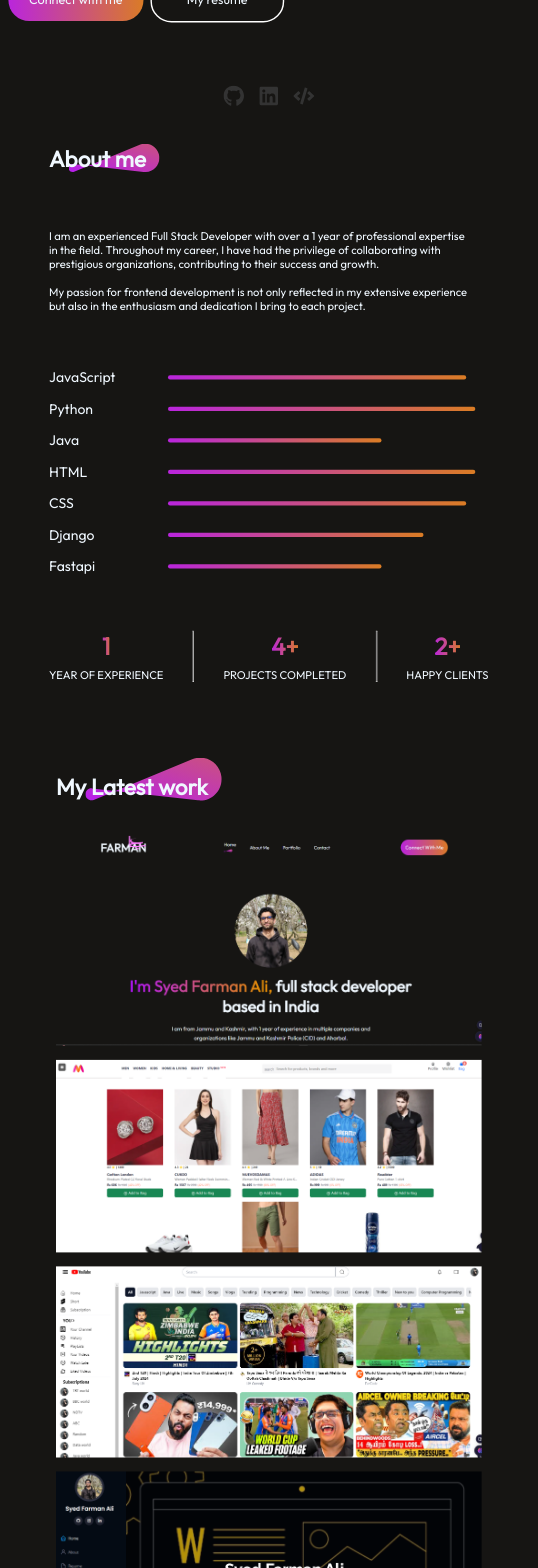
Repository: FARMAN9/portfolio_React
Page: /
These files come from the project's save history. The page is drawn as it stood at one moment and after a run of saves; the edit follows.
The browser window is 768 px wide. The pictures show the part of the page from y = 733 to 2973 px (the page is 5985 px tall before and 5825 px after), at 70% of full size.
The project was rebuilt for these pictures with package versions that can differ from the ones it lists, and the page was loaded fresh each time. Also part of the build but not shown: vite.config.js.

Above is the page before, as saved 2024-10-16 21:36:36.

### index.html
<!doctype html>
<html lang="en">
  <head>
    <meta charset="UTF-8" />
    <link rel="icon" type="image/svg+xml" href="/bac.svg" />
    <meta name="viewport" content="width=device-width, initial-scale=1.0" />
    <title>Portfoilo</title>
    <link rel="preconnect" href="https://fonts.googleapis.com">
<link rel="preconnect" href="https://fonts.gstatic.com" crossorigin>
<link href="https://fonts.googleapis.com/css2?family=Outfit&display=swap" rel="stylesheet">


  </head>
  <body>
    <div id="root"></div>

    <script type="module" src="/src/main.jsx"></script>
  </body>
</html>

### src/App.jsx

import NavBar from './Components/Navbar/NavBar'
import Hero from './Components/Hero/Hero'
import About from './Components/About/About'
import MyWork from './Components/MyWork/MyWork'
import Contact from './Components/Contact/Contact'
import Footer from './Components/Footer/Footer'
import React from 'react';

function App() {


  return (
  <>
  <NavBar/>
  <Hero/>
  <About/>
  <MyWork/>
  <Contact/>
  <Footer/>
  </>
  )
}

export default App

### src/index.css

*{
  margin: 0;
  padding: 0;

}
body{
  height: 100vh;
  background: #161513;
  color: aliceblue;
  font-family: outfit;
}

### src/Components/Navbar/NavBar.jsx
import React, { useRef, useState,useEffect } from 'react';
import './Navbar.css';
import ali from '../../assets/ali.png'
import backgound from '../../assets/nav_underline.svg'
import AnchorLink from 'react-anchor-link-smooth-scroll'
import menu_open from '../../assets/menu_open.svg'
import menu_close from '../../assets/menu_close.svg'



function NavBar() {



  const [menu,setMenu]=useState('home')
  const menuRef =useRef();
  const openMenu=()=>{
    menuRef.current.style.right='0'
  }
  const closeMenu=()=>{
    menuRef.current.style.right='-350px'
  }
  return (
    <nav className='navbar'>
      <div className='logo'>
      <AnchorLink className='anchor-link' href='#home'>
      <h1>FARMAN</h1>
      <img src={ali} alt="" />
      </AnchorLink>
      </div>
      <img src={menu_open}  onClick={openMenu} alt="" className='nav-mob-open' />

            <ul ref={menuRef} className='nav-menu'>
            <img src={menu_close} alt="" className='nav-mob-close' onClick={closeMenu}/>
             <li> <AnchorLink className='anchor-link' href='#home'><p onClick={()=>setMenu('home')}>Home</p> </AnchorLink>{menu ==='home' ? <img src ={backgound} alt=''/>:<></> }</li>
             <li><AnchorLink className='anchor-link' offset={50} href='#about'><p onClick={()=>setMenu('about')}>About Me</p></AnchorLink>{menu ==='about' ? <img src ={backgound} alt=''/>:<></> }</li>
             <li><AnchorLink className='anchor-link' offset={50} href='#work'><p onClick={()=>setMenu('work')}>Portfolio</p></AnchorLink>{menu ==='work' ? <img src ={backgound} alt=''/>:<></> }</li>
             <li><AnchorLink className='anchor-link' offset={50} href='#contact'><p onClick={()=>setMenu('contact')}>Contact</p></AnchorLink>{menu ==='contact' ? <img src ={backgound} alt=''/>:<></> }</li>
            </ul>
            <div className="nav-connect"><AnchorLink className='anchor-link' offset={50} href='#contact'>Connect With Me</AnchorLink></div>

    </nav>
  )
}

export default NavBar

### src/Components/Hero/Hero.jsx
import "./Hero.css";
import profile from "../../assets/profile.jpg";
import AnchorLink from "react-anchor-link-smooth-scroll";
import { FaGithub, FaLinkedin, FaCode } from "react-icons/fa";
import React, { useRef, useEffect } from "react";
import gsap from "gsap";
import { ScrollTrigger } from "gsap/ScrollTrigger";

// Register ScrollTrigger plugin
gsap.registerPlugin(ScrollTrigger);

function Hero() {
  return (
    <div id="home" className="hero">
      <img
        // Reference for the image
        src={profile}
        alt="profile"
      />

      <h1>
        <span className="myname">I'm Syed Farman Ali,</span> full stack
        developer based in India
      </h1>
      <p>
        I am from Jammu and Kashmir, with 1 year of experience in multiple
        companies and organizations like Jammu and Kashmir Police (CID) and
        Aharbal.
      </p>
      <div className="hero-action">
        <div className="hero-connect">
          <AnchorLink className="anchor-link" offset={50} href="#contact">
            Connect with me
          </AnchorLink>
        </div>
        <a
          className="hero-resume"
          href="https://rxresu.me/farman9/python-django-developer">
          My resume
        </a>
      </div>
      <div className="hero-socials">
        <a
          href="https://github.com/farman9"
          target="_blank"
          rel="noopener noreferrer">
          <FaGithub size={30} />
        </a>
        <a
          href="https://www.linkedin.com/in/farman9"
          target="_blank"
          rel="noopener noreferrer">
          <FaLinkedin size={30} />
        </a>
        <a
          href="https://leetcode.com/u/saeedfarman9/"
          target="_blank"
          rel="noopener noreferrer">
          <FaCode size={30} />
        </a>
      </div>
    </div>
  );
}

export default Hero;

### src/Components/About/About.jsx
import React from 'react'
import'./About.css'
import bac from '../../assets/bac.svg'
import profile from '../../assets/profile.jpg'


function About() {
  const skills = [
    { name: 'JavaScript', value: 70 },
    { name: 'Python', value: 80 },
    { name: 'Java', value: 50 },
    { name: 'HTML', value: 75 },
    { name: 'CSS', value: 70 },
    { name: 'Django', value: 60 },
    { name: 'Fastapi', value: 50 },

  ];

  return (
    <div id='about' className='about'>
        <div className="about-title">
            <h1>About me</h1>
            <img src={bac} alt="" />
        </div>
        <div className="about-sections">
        <div className="about-left">
        <img src={profile} alt="" />
       </div>
       <div className="about-right">
       <div className="about-para">
        <p>I am an experienced Full Stack Developer with over a 1 year of professional expertise in the field. Throughout my career, I have had the privilege of collaborating with prestigious organizations, contributing to their success and growth.</p>
        <p>My passion for frontend development is not only reflected in my extensive experience but also in the enthusiasm and dedication I bring to each project.</p>
       </div>
       <div className="about-skills">
        {
            skills.map((skill)=><div className="about-skill" key={skill.name}><p>{skill.name}</p><hr style={{width:`${skill.value}%`}} /></div>)
        }

      </div>
        </div>
        </div>
        <div className="about-achievements">
<div className="about-achievement">
<h1>1</h1>
<p>YEAR OF EXPERIENCE</p>
</div>
<hr />
<div className="about-achievement">
<h1>4+</h1>
<p>PROJECTS COMPLETED</p>
</div>
<hr />
<div className="about-achievement">
<h1>2+</h1>
<p>HAPPY CLIENTS</p>
</div>
</div>
    </div>
  )
}

export default About

### src/Components/MyWork/MyWork.jsx
import React, { useImperativeHandle } from "react";
import "./MyWork.css";
import bac from "../../assets/bac.svg";
import soon from "../../assets/coming_soon.gif";
import port_react from "../../assets/projects/portfilo_react.png";
import myntra from "../../assets/projects/mytra.png";
import youtube from "../../assets/projects/yt.png";
import djano_port from "../../assets/projects/django_port.png";
import dpt from "../../assets/projects/dpt.png";
import nws from "../../assets/projects/news.png";

function MyWork() {
  const mywork_data = [
    {
      w_no: 1,
      w_name: "portfolio_React",
      w_img: port_react,
      link: "https://github.com/FARMAN9/portfolio_React",
    },
    {
      w_no: 2,
      w_name: "mytra",
      w_img: myntra,
      link: "https://github.com/FARMAN9/myntra-clone-",
    },
    {
      w_no: 3,
      w_name: "youtube",
      w_img: youtube,
      link: "https://github.com/FARMAN9/youtube-clone",
    },
    {
      w_no: 4,
      w_name: "portfoilo_django",
      w_img: djano_port,
      link: "https://github.com/FARMAN9/portfoilo_django",
    },
    {
      w_no: 5,
      w_name: "DPS",
      w_img: dpt,
      link: "https://github.com/FARMAN9/Diabetes-prediction",
    },
    {
      w_no: 6,
      w_name: "oldNews_paper ",
      w_img: nws,
      link: "https://oldnews-paper.vercel.app/",
    },
    {
      w_no: 7,
      w_name: "soon",
      w_img: soon,
      link: "",
    },
  ];
  return (
    <div id="work" className="mywork">
      <div className="mywork-title">
        <h1>My Latest work</h1>
        <img src={bac} alt="" />
      </div>

      <div className="mywork-container">
        {mywork_data.map((data, index) => {
          return (
            <div key={index}>
              <a href={data.link}>
                <img src={data.w_img} alt="" />
              </a>
            </div>
          );
        })}
      </div>
    </div>
  );
}

export default MyWork;

### src/Components/Contact/Contact.jsx
import React from 'react'
import './Contact.css'
import bac from '../../assets/bac.svg'
import call from '../../assets/call.svg'
import mail from '../../assets/mail.svg'
import loc from '../../assets/loc.svg'

const mykey = "fc7158de-ce59-41ff-9c1e-672e25c721db"

function Contact() {
  const [result, setResult] = React.useState("");
  const [alertVisible, setAlertVisible] = React.useState(false);

  const onSubmit = async (event) => {
    event.preventDefault();
    setResult("Sending....");
    const formData = new FormData(event.target);

    formData.append("access_key", mykey);

    const response = await fetch("https://api.web3forms.com/submit", {
      method: "POST",
      body: formData
    });

    const data = await response.json();

    if (data.success) {
      setResult("Email Send Successfully \n Thanks😇");
      setAlertVisible(true);
      event.target.reset();
    } else {
      console.log("Error", data);
      setResult(data.message);
      setAlertVisible(true);
    }
  };

  const closeAlert = () => {
    setAlertVisible(false);
    setResult("");
  };

  return (
    <div id='contact' className='contact'>
      <div className='contact-title'>
        <h1>Get in touch</h1>
        <img src={bac} alt="" />
      </div>
      <div className='contact-section'>
        <div className='contact-left'>
          <h1>Let's talk</h1>
          <p>I'm currently available to take on new projects, so feel free to send me a message about anything that you want me to work on. You can contact anytime.</p>
          <div className="contact-details">
            <div className="contact-detail">
              <img src={mail} alt="" /> <p>saeedfarman9@gmail.com</p>
            </div>
            <div className="contact-detail">
              <img src={call} alt="" /><p>+916005943382</p>
            </div>
            <div className="contact-detail">
              <img src={loc} alt="" /><p>Jammu & Kashmir, India</p>
            </div>
          </div>
        </div>
        <div>
          <form onSubmit={onSubmit} className='contact-right'>
            <label htmlFor=""> Your Name</label>
            <input type="text" placeholder='Enter your name' name='name' />
            <label htmlFor=""> Your Email</label>
            <input type="email" placeholder='Enter your email' name='email' />
            <label htmlFor=""> Write your message here</label>
            <textarea placeholder='Enter your message' rows='8' name='message'></textarea>
            <button className='contact-submit' type='submit'>Submit now</button>
          </form>
        </div>
      </div>

      {alertVisible && (
        <div className="custom-alert">
          <div className="custom-alert-content">
            <p>{result}</p>
            <button onClick={closeAlert}>Close</button>
          </div>
        </div>
      )}
    </div>
  )
}

export default Contact

### src/Components/Footer/Footer.jsx
import React from "react";
import "./Footer.css";
import ali from "../../assets/ali.png";
import AnchorLink from 'react-anchor-link-smooth-scroll'

function Footer() {
  return (
    <div className="footer">
      <div className="footer-top">
        <div className="footer-top-left">
          <div className="logo">
          <AnchorLink className='anchor-link' offset={50} href='#home'>
            <h1>FARMAN</h1>
            <img src={ali} alt="" />
            </AnchorLink>
          </div>

        </div>
        <p>
        I wanted to take a moment to thank you for visiting my portfolio. Your time and interest in my work are truly appreciated.
        If you have any feedback, questions, or opportunities you'd like to discuss, please don't hesitate to reach out. I'm always eager to connect and explore new possibilities.
          </p>
        <div className="footer-top-right">

        </div>

        </div>
        <hr />

        <div className="footer-bottom">
          <p className="footer-bottm-left">
            {" "}
            © 2024 Syed Farman Ali. All rights reserved.{" "}
          </p>

          <div className="footer-bottom-right">
            <p>Term of Services</p>
            <p>Privacy Policy</p>
            <AnchorLink className='anchor-link' offset={50} href='#contact'> <p>Connect with me</p></AnchorLink>
          </div>
        </div>

    </div>
  );
}

export default Footer;

### src/Components/Navbar/Navbar.css
.navbar{
display: flex ;
align-items: center;
justify-content: space-between;
margin: 20px 170px;
}
.nav-menu{
    display: flex;
    align-items: center;
    list-style: none;
    gap:60px;
    font-size: 20px;

}
.nav-connect
{
    padding: 20px;
    border-radius: 50px;
    background: linear-gradient(267deg,#DA7C25 0.36%,#B923E1 102.0% );
    font-size:22px ;
    cursor: pointer;
    transition: 0.5s;

}
.nav-connect:hover
{
   transform: scale(1.05);

}



.logo{
    position: relative;
    }
.logo h1{
    padding: 0px 30px;
    font-size: 50px;
    font-weight: 600%;
    z-index: -1;

    }


.logo img{
    position: absolute;
    bottom:0;
    right: 0;

    width: 150px;
    height: 150px;

}

.anchor-link{
   text-decoration: none;
   color: aliceblue;
}
.nav-mob-close
{
    display: none;
}
.nav-mob-open{
    display: none;
}


@media(max-width:768px) {
    .navbar{
        margin: 20px 50px;
    }
    .nav-connect{
        display: none;
    }
    .nav-mob-open{
        display: block;
        position: fixed;
        right: 30px;
    }
    .nav-mob-close{
        display: block;
        position: relative;
        top: 30px;
        left: 110px;
        width: 30px;


    }
    .nav-menu{
        position: fixed;
        flex-direction: column;
        align-items: center;
        top:0;
        gap:30px;
        background-color: #1f0016;
        width: 350px;
        height: 100%;
        z-index: 2;
        transition: right 0.5s;
        right: -350px;
    }
    .nav-menu li{
        font-size: 30px;

        padding-left: 0;
        flex-direction: row;
        gap:20px;

    }

}

### src/Components/Hero/Hero.css
.hero {
  display: flex;
  flex-direction: column;
  align-items: center;
  gap: 35px;
}
.hero img {
  margin-top: 150px;
  border-radius: 50% 60%;
  width: 20rem;
  height: 20rem;
  position: relative;

  overflow: hidden; /* Hide overflow */

  z-index: 1; /* Make sure the image appears above the border */
  animation: borderchange 10s infinite; /* Animation duration and repetition */
}

/* Animated border wrapper */

/* Animated border effect */

/* Keyframes for border animation */
/* Animated border effect */

/* Keyframes for border animation */
@keyframes borderchange {
  0% {
    border-radius: 20% 40%; /* Initial radius */ /* Initial width */
    border-color: rgba(255, 255, 255, 0.5); /* Initial color */
    /* No scaling */
  }
  25% {
    border-radius: 30% 50%; /* Slightly increase radius */
    border-color: rgba(255, 200, 0, 0.7); /* Change color */
    /* Slightly scale up */
  }
  50% {
    border-radius: 50%; /* Fully rounded */
    border-color: rgba(0, 200, 255, 0.7); /* Another color change */
    border-width: 25px; /* Slightly increase width */ /* Scale up further */
  }
  75% {
    border-radius: 40% 60%; /* Return to less rounded */
    border-color: rgba(255, 0, 150, 0.7); /* Change color again */
    /* Scale back down */
  }
  100% {
    border-radius: 20% 40%; /* Back to initial radius */
    border-width: 20px; /* Back to initial width */
    border-color: rgba(255, 255, 255, 0.5); /* Return to initial color */
    /* Reset scaling */
  }
}

.hero h1 {
  text-align: center;

  font-weight: 600;
  width: 70%;
  font-size: 70px;
}
.hero h1 span {
  background: linear-gradient(270deg, #df8908 10%, #b415ff 100%);
  background-clip: text;
  -webkit-background-clip: text;
  -webkit-text-fill-color: transparent;
}
.hero-socials img {
  width: 30px;
  height: 30px;
  cursor: pointer;
}
.hero p {
  width: 50%;
  text-align: center;
  font-size: 24px;
  line-height: 40px;
}
.hero-action {
  display: flex;
  align-items: center;
  gap: 25px;
  font-size: 24px;
  font-weight: 500;
  margin-bottom: 50px;
}
.hero-connect {
  padding: 25px 45px;
  border-radius: 50px;
  background: linear-gradient(267deg, #da7c25 0.36%, #b923e1 102%);
  cursor: pointer;
}
.hero-resume {
  padding: 25px 75px;
  border-radius: 50px;
  border: 2px solid #fff;
  cursor: pointer;
  color: aliceblue;
  text-decoration: none;
}

.hero-connect:hover {
  border: 2px solid white;
}
.hero-resume:hover {
  border-color: #b415ff;
}
.hero-socials {
  margin-top: 20px;
}

.hero-socials a {
  margin: 0 10px;
  color: #333;
  transition: color 0.3s;
}

.hero-socials a:hover {
  color: #b415ff; /* You can change this color to match the theme */
}
@media (max-width: 768px) {
  .hero img {
    margin-top: 10px;
  }
  .hero h1 {
    margin-top: 40px;
    width: 96%;
    font-size: 2rem;
  }
  .hero p {
    width: 97%;
    font-size: 1rem;
    line-height: 20px;
  }
  .hero-action {
    width: 97%;
    gap: 10px;
    font-size: 18px;
    font-weight: 500;
    margin-bottom: 50px;
  }
  .hero-connect {
    padding: 20px 30px;
    border-radius: 30px;
  }
  .hero-resume {
    padding: 20px 50px;
    border-radius: 30px;
  }
  .hero-socials {
    margin-top: 5px;
  }
}

### src/Components/About/About.css
.about {
  display: flex;
  flex-direction: column;
  align-items: center;
  justify-content: center;
  gap: 80px;
  margin: 80px 170px;
}

.about-title {
  position: relative;
}
.about-title h1 {
  padding: 0px 30px;
  font-size: 80px;
  font-weight: 600%;
}

.about-title img {
  position: absolute;
  bottom: 0;
  right: 0;
  z-index: -1;
}

.about-sections {
  display: flex;
  gap: 80px;
}

.about-left img {
  width: 25rem;
  height: 25rem;
}
.about-right {
  display: flex;
  flex-direction: column;
  gap: 80px;
}

.about-para {
  display: flex;
  flex-direction: column;
  gap: 20px;
  font-size: 24px;
  font-weight: 500;
}

.about-skills {
  display: flex;
  flex-direction: column;
  gap: 20px;
}

.about-skill {
  display: flex;
  gap: 50px;
  align-items: center;
  transition: 0.3s;
}
.about-skill p {
  min-width: 150px;
  font-size: 24px;
  font-weight: 500;
}
.about-skill hr {
  outline: none;
  border: none;
  width: 50%;
  height: 8px;
  border-radius: 50px;
  background: linear-gradient(267deg, #da7c25 0.36%, #b923e1 102%);
}

.about-achievements {
  display: flex;
  width: 100%;
  justify-content: space-around;
  margin-bottom: 80px;
}

.about-achievement {
  display: flex;
  flex-direction: column;
  align-items: center;
  gap: 10px;
  transition: 0.5s;
}

.about-achievement h1 {
  font-size: 60px;
  font-weight: 700;
  background: linear-gradient(267deg, #da7c25 0.36%, #b923e1 102%);
  background-clip: text;
  -webkit-background-clip: text;
  -webkit-text-fill-color: transparent;
}

.about-achievement p {
  font-size: 22px;
  font-weight: 500;
}
.about-skill:hover {
  transform: scale(1.05);
  transition: 0.3s;
}
.about-achievement:hover {
  transform: scale(1.12);
  transition: 0.5s;
}

@media (max-width: 768px) {
  .about {
    gap: 80px;
    margin: 50px 70px;
    align-items: start;
  }
  .about-title h1 {
    font-size: 2rem;
    padding: 0;
  }
  .about-title img {
    width: 130px;
    right: -20px;
  }

  .about-sections {
    flex-direction: column;
  }
  .about-left {
    display: none;
  }
  .about-para {
    width: 97%;
    font-size: 1rem;
    line-height: 20px;
  }
  .about-skill {
    width: 97%;
    gap: 20px;
    align-items: center;
  }
  .about-skill p {
    font-size: 20px;
  }
  .about-skill hr {
    height: 6px;
  }
  .about-achievements {
    justify-content: space-between;
  }
  .about-achievement {
    gap: 10px;
  }
  .about-achievement h1 {
    font-size: 34px;
    font-weight: 700;
  }
  .about-achievement p {
    text-align: center;
    font-size: 16px;
  }
}

### src/Components/MyWork/MyWork.css
.mywork {
  display: flex;
  flex-direction: column;
  align-items: center;
  justify-content: center;
  gap: 80px;
  margin: 80px 170px;
}
.mywork-title {
  position: relative;
}
.mywork-title h1 {
  padding: 0px 30px;
  font-size: 80px;
  font-weight: 600%;
}
.mywork-title img {
  position: absolute;
  bottom: 0;
  right: 0;
  z-index: -1;
}

.mywork-container {
  display: grid;
  grid-template-columns: 1fr 1fr 1fr;
  gap: 40px;
}

.mywork-container img {
  box-sizing: border-box;
  width: 419px;
  height: 280px;
  transition: 0.3s;
  cursor: pointer;
}
.mywork-container img:hover {
  transform: scale(1.1);
  border: 4px solid #ff00ff;
  border-radius: 10px;
  transition: 0.3s;
}

@media (max-width: 768px) {
  .mywork {
    gap: 50px;
    margin: 20px 80px;
    align-items: start;
  }
  .mywork-title h1 {
    padding: 0;
    font-size: 2rem;
    font-weight: 600;
  }
  .mywork-title img {
    width: 90%;
    margin-right: -20px;
  }
  .mywork-container {
    grid-template-columns: 1fr;
    gap: 20px;
  }
  .mywork-container img {
    width: 100%;
    height: 100%;
  }
}

### src/Components/Footer/Footer.css


.logo{
    position: relative;
    }
.logo h1{
    padding: 0px 30px;
    font-size: 50px;
    font-weight: 600%;
    z-index: -1;
    }
.logo img{
    position: absolute;
    bottom:0;
    right: 0;
    width: 150px;
    height: 150px;

}


.footer{
 margin: 50px 170px;
 display: flex;
 flex-direction: column;
 gap: 30px;
}
.footer-top{
    display: flex;
    justify-content: space-between;
}
.footer-top-left{
    display: flex;
    align-items: center;


}
.footer-top-left p{
   font-size: 15px;
   max-width: 500px;
}

.footer-bottom{
    display: flex;
    justify-content: space-between;
    font-size: 18px;

}
.footer-bottom-right{
    display: flex;
    gap:50px;
    margin-bottom: 50px;


}
@media(max-width:768px)
{
    .footer{
        margin: 50px 70px;
    }
    .footer-top{
        flex-direction: column;
        gap: 50px;
    }
    .footer-bottom{
        display: flex;
        flex-direction: column-reverse;
        margin-bottom: 50px;

    }
}

Loaded but not shown: src/main.jsx (common file); src/Components/Contact/Contact.css (193 lines, source omitted)

After the next 2 saves:
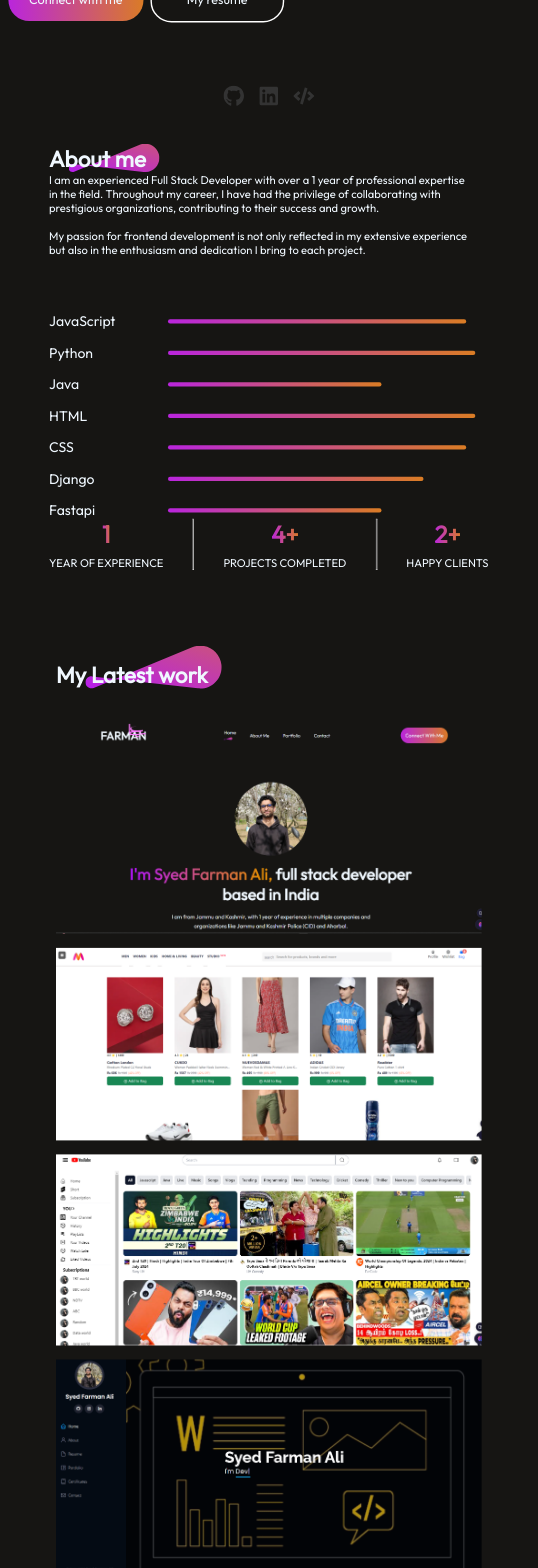
The 2 saves are shown as one change because they came seconds apart.
The last was saved 51 s later.
--- a/src/Components/About/About.css
+++ b/src/Components/About/About.css
@@ -111,7 +111,7 @@
 
 @media (max-width: 768px) {
   .about {
-    gap: 80px;
+    gap: 0px;
     margin: 50px 70px;
     align-items: start;
   }
